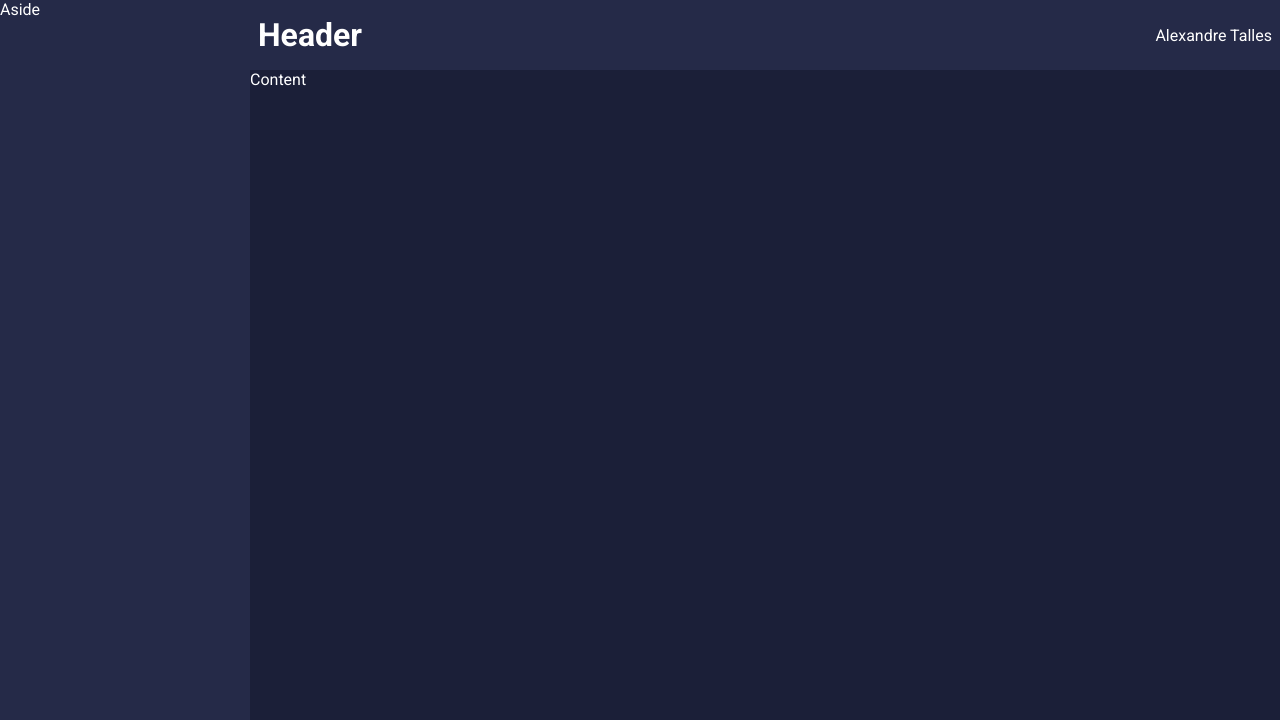
Repository: XFERRER7/dashboard
Page: /
An editor plug-in stored every save of this project. The page is shown before and after the next save, followed by the edit.
The browser window is 1280 px wide. The pictures show the whole page.
The project was rebuilt for these pictures with package versions that can differ from the ones it lists, and the page was loaded fresh each time. Also part of the build but not shown: vite.config.ts.

Above is the page before, as saved 2022-07-07 15:45:49.

### index.html
<!DOCTYPE html>
<html lang="pt-br">

<head>
  <meta charset="UTF-8" />
  <meta name="viewport" content="width=device-width, initial-scale=1.0" />
  <link rel="shortcut icon" href="src/assets/Logo.svg" type="image/x-icon">
  <link rel="preconnect" href="https://fonts.googleapis.com">
  <link rel="preconnect" href="https://fonts.gstatic.com" crossorigin>
  <link href="https://fonts.googleapis.com/css2?family=Roboto:wght@400;500;700&display=swap" rel="stylesheet">
  <title>Dashboard</title>
</head>

<body>
  <div id="root"></div>
  <script type="module" src="/src/main.tsx"></script>
</body>

</html>

### src/main.tsx
import React from 'react'
import ReactDOM from 'react-dom/client'
import {App} from './App'

ReactDOM.createRoot(document.getElementById('root')!).render(
  <React.StrictMode>
    <App />
  </React.StrictMode>
)

### src/App.tsx
import Global from "./styles/Global"
import { Layout } from './components/Layout'
import { ThemeProvider } from 'styled-components'
import dark from './styles/Themes/dark'
import light from './styles/Themes/light'

export const App = () => {
  return (
    <div>
      <ThemeProvider theme={dark}>
        <Global />
        <Layout />
      </ThemeProvider>
    </div>
  )
}

### src/styles/Global.ts
import { createGlobalStyle } from 'styled-components'

export default createGlobalStyle`

  * {
    margin: 0;
    padding: 0;
    box-sizing: border-box;
  }

  html, body, #root {
    height: 100%;
  }

  *, button, input {
    border: 0;
    outline: 0;
    font-family: 'Roboto', sans-serif;
  }

  button {
    cursor: pointer;
  }

`;

### src/components/Layout/index.tsx
import {Container} from './Styles'
import { MainHeader} from '../MainHeader'
import { Content} from '../Content'
import { Aside} from '../Aside'

export const Layout = () => {
  return (
    <Container>
      <MainHeader/>
      <Aside/>
      <Content/>
    </Container>
  )
}

### src/styles/Themes/dark.ts
export default {
  title: 'dark',

  colors: {
    primary: '#1B1F38',
    secondary: '#252A48',
    tertiary: '##313862',

    white: '#fff',
    black: '#000',
    gray: '#dfdfdf',

    sucess: '#4E41F0',
    info: '#F7931B',
    warnig: '#E44C4E'


  }
}

### src/components/Layout/Styles.ts
import styled from "styled-components"

export const Container = styled.div`
  display: grid;
  grid-template-columns: 250px auto;
  grid-template-rows: 70px auto;

  grid-template-areas:
  'AS MH'
  'AS CT';
  height: 100vh;

`

### src/components/MainHeader/index.tsx
import {
  Container,
  Profile,
  UserName
}
  from './Styles'


export const MainHeader = () => {
  return (
    <Container>
      <h1>Header</h1>

      <Profile>

        <UserName>Alexandre Talles</UserName>

      </Profile>
    </Container>
  )
}

### src/components/Content/index.tsx
import {Container} from './Styles'


export const Content = () => {
  return (
    <Container>
      <div>Content</div>

    </Container>
  )
}

### src/components/Aside/index.tsx
import {Container} from './Styles'


export const Aside = () => {
  return (
    <Container>
      <div>Aside</div>

    </Container>
  )
}

### src/components/MainHeader/Styles.ts
import styled from "styled-components"

export const Container = styled.div`
  grid-area: MH;
  color: ${props => props.theme.colors.white};
  background-color: ${props => props.theme.colors.secondary};
  display: flex;
  justify-content: space-between;
  align-items: center;
  padding: 8px;
`

export const Profile = styled.div`

`

export const UserName = styled.div`

`

### src/components/Content/Styles.ts
import styled from "styled-components"

export const Container = styled.div`
  grid-area: CT;
  color: ${props => props.theme.colors.white};
  background-color: ${props => props.theme.colors.primary};
`

### src/components/Aside/Styles.ts
import styled from "styled-components"

export const Container = styled.div`
  grid-area: AS;
  color: ${props => props.theme.colors.white};
  background-color: ${props => props.theme.colors.secondary};
`

After the next save:
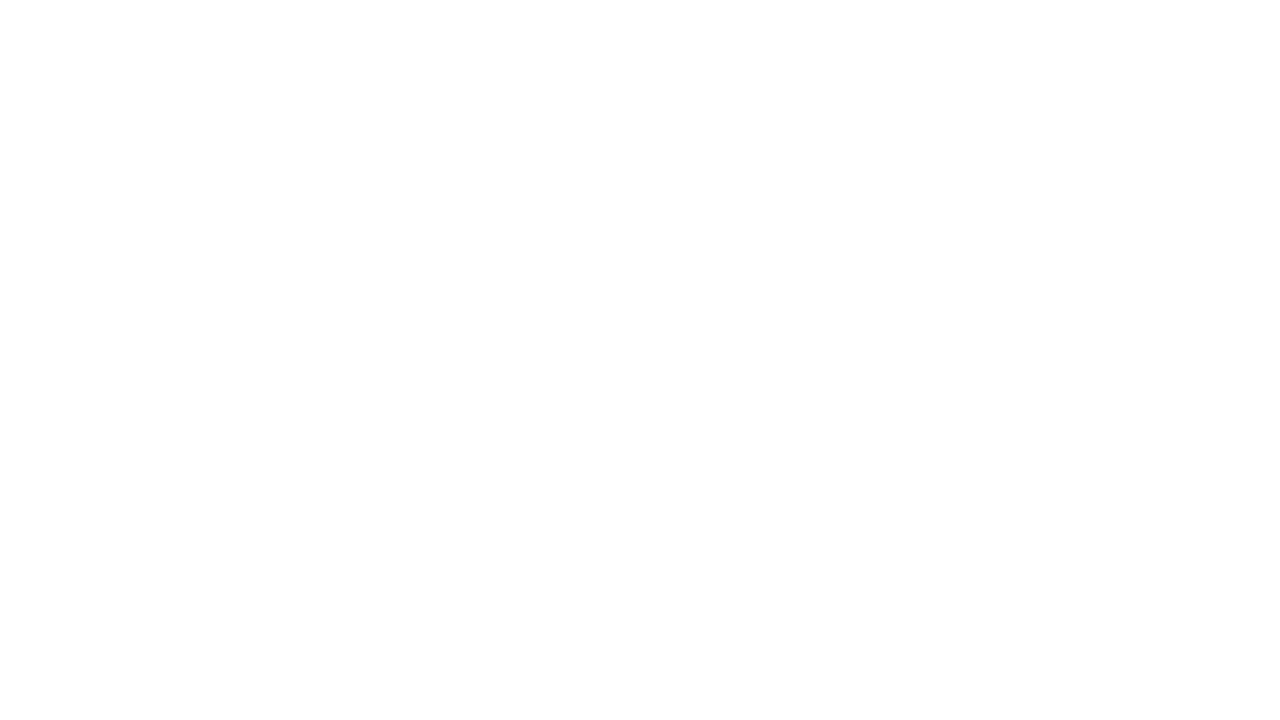
Console error: ReferenceError: ImgUser is not defined
Saved 7 s later.
--- a/src/components/MainHeader/index.tsx
+++ b/src/components/MainHeader/index.tsx
@@ -12,7 +12,7 @@ export const MainHeader = () => {
       <h1>Header</h1>
 
       <Profile>
-
+        <ImgUser/>
         <UserName>Alexandre Talles</UserName>
 
       </Profile>

After the 3 saves that followed:
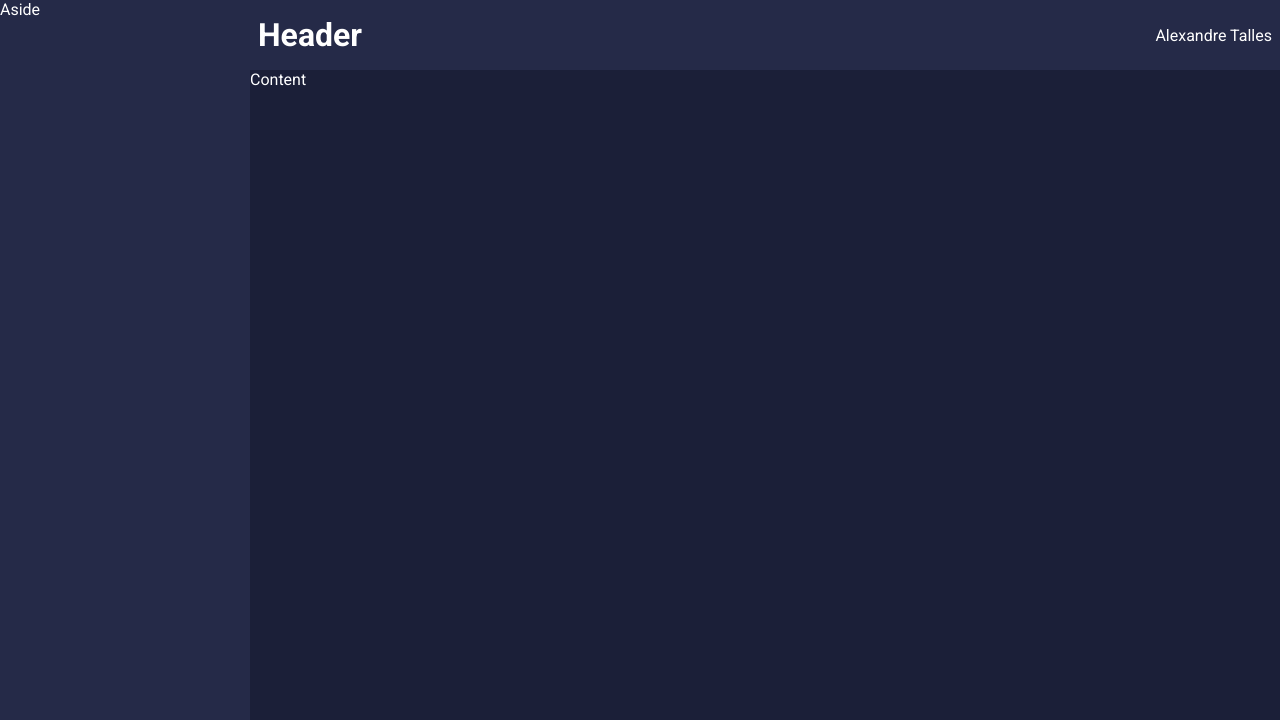
The error is gone.
The 3 saves are shown as one change because 2 did not build or start.
The last was saved 22 s later.
--- a/src/components/MainHeader/index.tsx
+++ b/src/components/MainHeader/index.tsx
@@ -1,7 +1,8 @@
 import {
   Container,
   Profile,
-  UserName
+  UserName,
+  ImgUser
 }
   from './Styles'
 
--- a/src/components/MainHeader/Styles.ts
+++ b/src/components/MainHeader/Styles.ts
@@ -17,3 +17,7 @@ export const Profile = styled.div`
 export const UserName = styled.div`
 
 `
+
+export const ImgUser = styled.div`
+
+`
